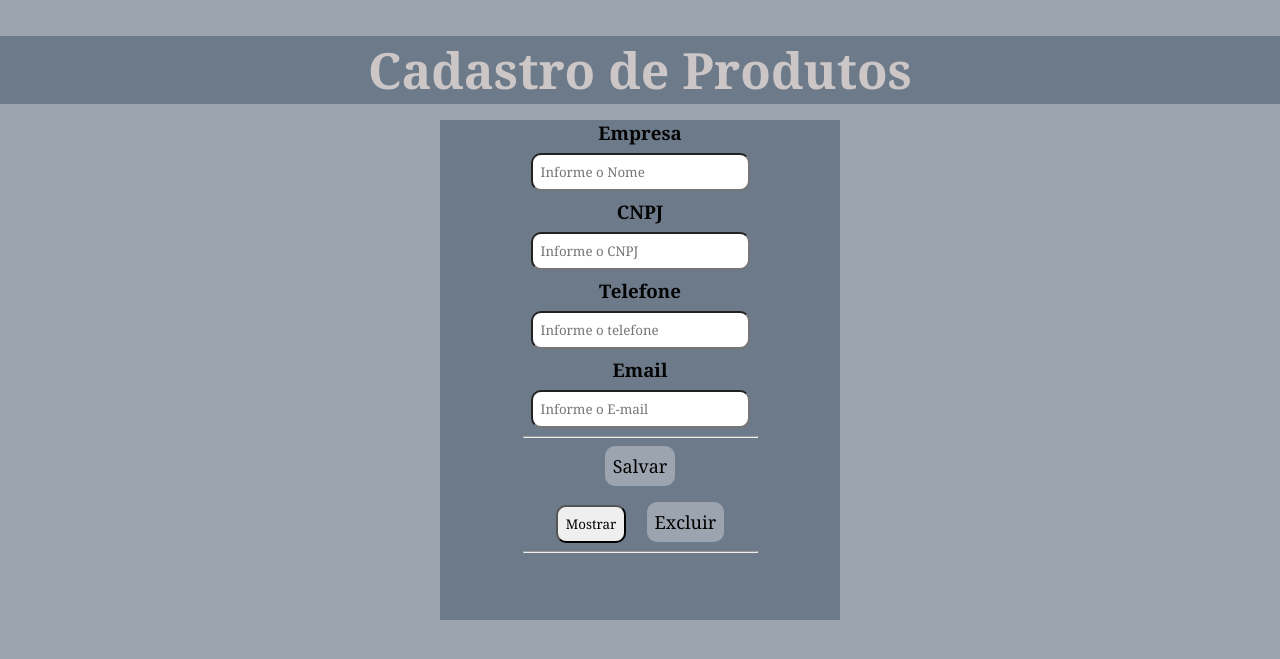
Repository: ArthurKJun/ProjetoCantinaEclipse
Page: http://localhost/arsan/cadastroFornecedor.jsp
An editor plug-in stored every save of this project. The page is shown before and after the next save, followed by the edit.
The browser window is 1280 px wide. The pictures show the whole page.
The page is served by Tomcat 9. Other server files are loaded and not shown.

Above is the page before, as saved 2023-11-03 03:54:26.
Console error: SyntaxError: Function statements require a function name

### arsan/src/main/webapp/cadastroFornecedor.jsp
<%@ page language="java" contentType="text/html; charset=ISO-8859-1"
	pageEncoding="ISO-8859-1"%>
<!DOCTYPE html>
<html>
<head>

<meta charset="ISO-8859-1">

<link rel="stylesheet" href="./Estilos/style.css">

<title>Cadastro de Fornecedor</title>

</head>
<body>
	<div class="container-geral-4">

		<h1>Cadastro de Produtos</h1>

		<div class="container-porta-cards-cad-fornecedor">

			<div class="inputs-cadastro-for">

				<form action="gravarFornecedor.jsp?editar=no" method="POST">

					<h3>Empresa</h3>
					<input type="text" id="nome" name="nome"
						placeholder="Informe o Nome">
					<h3>CNPJ</h3>
					<input type="text" id="cnpj" name="cnpj"
						placeholder="Informe o CNPJ">
					<h3>Telefone</h3>
					<input type="text" id="fone" name="fone"
						placeholder="Informe o telefone">
					<h3>Email</h3>
					<input type="text" id="email" name="email"
						placeholder="Informe o E-mail">
					<hr>
					<button onclick="Validar()">Salvar</button>

				</form>

				<input type="button" onclick="document.location.href='<%="showFornecedor.jsp"%>'" value="Mostrar">
				<button onclick="Excluir()">Excluir</button>
				<hr>
				<div id="Ver" style="display: flex;"></div>

			</div>

		</div>

	</div>

	<script>

    function validar(){
    	event.preventDefault();

    	let nome = document.getElementById('nome')
    	if(nome.value == ''){
    		alert('Informe nome')
    		nome.focus()
    		return
    	}

    	let cnpj = document.getElementById('cnpj')
    	if(cnpj.value == ''){
    		alert('Informe cnpj')
    		cnpj.focus()
    		return
    	}

    	let  fone = document.getElementById('fone')
    	if(fone.value == ''){
    		alert('Informe fone')
    		fone.focus()
    		return
    	}

    	let  email = document.getElementById('email')
    	if(email.value == ''){
    		alert('Informe email')
    		email.focus()
    		return
    	}

    	document.getElementsByTagName('form')[0].submit()
    }

    function(){
    	location.href = showFornecedor.jsp;
    }
    </script>
</body>
</html>

### arsan/src/main/webapp/Estilos/style.css
*{
    margin: 0;
    padding: 0;
    box-sizing: border-box;
    font-family: Georgia;

}

body{
    display: flex;
    flex-wrap: wrap;
}

.container-geral{

    width: 100vw;
    height: 100vh;
    background: #6c7a89;
    display: flex;
    flex-direction: row;
    justify-content: center;
    align-items: center;

}
.logo-container{

    display: flex;
    position: absolute;
    top: 40%;
    flex-direction: column;
}

.logo-container img{
    padding: 1rem;
    border-radius: 50%;
    height: 400px;
}

#form-container{
    display: flex;
    position: absolute;
    flex-direction: column;
    flex-wrap: wrap;
    top: 5%;
}

#register-form{

    border: 2px solid white;
    padding: .7rem;
    align-items: center;
    display: flex;
    flex-direction: column;
    font-size: larger;
}

#register-form h3{
    margin-bottom: 20px;
}

#register-form input{

    padding: 0.8rem 0.6rem;
    border: none;
    border-radius: 5px;
    margin-bottom: 10px;
}

#register-form input[type="submit"]{
    background-color: transparent;
    color: #fff;
    border: 2px solid #fff;
    font-size: 1.1rem;
    font-weight: bold;
    cursor: pointer;
    transition: .4s;
}

#register-form input[type="submit"]:hover{
    background-color: #fff;
    color: black;
}

/*---------------------------------------------------------*/
/* tela de entrada */

h1{
    background-color: #6c7a89;
    width: 100%;
    text-align: center;
    font-size: 50px;
    color: rgb(204, 198, 198);
}

.container-porta-cards{

    background-color: #475061;
    display: flex;
    width: 535px;
    height: 550px;
    border: 2px solid white;
    flex-wrap: wrap;
    align-items: center;
    padding: 1rem;
    margin-top: 2rem;

}

.card{

    background-color: #9ca5af;
    display: flex;
    padding: .5rem;
    margin: .5rem;
    width: 150px;
    height: 150px;
    border: 2px solid white;
    flex-direction: column;
    text-align: center;
    align-items: center;
    transition: .4s;

}

.container-porta-cards-2 :active{
    background-color: aqua;
}



.container-porta-cards :hover{

    background-color: #6c7a89;
    cursor: pointer;
}

.card img{

    margin-top: 10px;
    width: 100px;
    height: 100px;
    border-radius: 20%;
    transition: .4s;
}

#venda{

    width: 480px;
    height: 150px;
}

.container-geral-entrada{

    width: 100vw;
    height: calc(100vh + 200px);
    background: #9ca5af;
    display: flex;
    flex-direction: row;
    justify-content: center;


}

/* area de vendas */

.container-porta-cards-2{

    flex: 1.4;
    background-color: #475061;
    border: 2px solid white;
    flex-wrap: wrap;
    align-items: center;
    padding: 1rem;
    display: flex;
}

.container-porta-cards-2 :hover{

    background-color: #6c7a89;
    cursor: pointer;
}

.container-lista-vendas{
    height: 36.9rem;
    margin-right: 2rem;
    margin: 1rem;
    flex: 1;
    background-color: #475061;
    border: 2px solid white;
    flex-wrap: wrap;
    position: relative;
    padding: 1rem;
}

.container-geral-3{

    gap: 1rem;
    width: 100vw;
    height: 100vh;
    background: #9ca5af;
    display: flex;
    flex-direction: row;
    justify-content: center;
    align-items: center;

}

table{

    margin-top: 1rem;
    position: absolute;
    margin-left: 2rem;

}
table th {

    padding: .5rem;
    width: 200px;
    background-color: #6c7a89;
    border-radius: 10px;

}

table td{
    text-align: center;
    padding: 0.5rem;
    background-color: #6c7a89;
    border-radius: 10px;
}

.bExcluir{
    background-color: transparent;
}

.excluir{
    background-color: transparent;
    border-radius: 5px;
}

.excluir img{
    width: 1rem;
}

tfoot td{
    font-weight: bold;

}

/* tela cadastro cliente */

.container-geral-4{

    width: 100vw;
    height: 100vh;
    background: #9ca5af;
    flex-direction: column;
    justify-content: center;
    align-items: center;
    display: flex;

}

.inputs-cadastro{


    flex: 1;
    text-align: center;

}

.inputs-cadastro input{

    padding: 0.5rem;
    margin: 0.5rem;
    border-radius: 10px;

}

.inputs-cadastro h3{

    margin-top: 1rem;


}

.inputs-cadastro button{

    padding: 0.5rem;
    margin: 1rem;
    font-size: large;
    background-color: #9ca5af;
    border: none;
    border-radius: 10px;

}

.inputs-cadastro button:hover{

    background-color: #fff;
    color: black;
    cursor: pointer;
}

.inputs-cadastro button{

    padding: 0.5rem;
    margin: 1rem;
    font-size: large;
    background-color: #9ca5af;
    border: none;
    border-radius: 10px;

}

.inputs-cadastro button:hover{

    background-color: #fff;
    color: black;
    cursor: pointer;
}

.container-porta-cards-cad{

    background-color: #6c7a89;
    width: 400px;
    height: 500px;
    color:#040405;
    justify-items: center;
    margin-top: 2rem;

}

.cliente{

    background-color: #9ca5af;
    margin: 1rem;
    border-radius: 5px;

}

a{
    text-decoration: none;
    color: #040405;
}

.container-geral-4 h1{

    margin-top: -4rem;

}

.produto{

    background-color: #9ca5af;
    margin: 1rem;
    border-radius: 5px;
}

.container-porta-cards-cad-fornecedor{

    background-color: #6c7a89;
    width: 400px;
    height: 500px;
    color:#040405;
    justify-items: center;
    margin-top: 1rem;
}

.inputs-cadastro-for{

    flex: 1;
    text-align: center;

}

.inputs-cadastro-for input{

    padding: 0.5rem;
    margin: 0.5rem;
    border-radius: 10px;
}

.inputs-cadastro-for button{

    padding: 0.5rem;
    margin: .5rem;
    font-size: large;
    background-color: #9ca5af;
    border: none;
    border-radius: 10px;

}

.inputs-cadastro-for button:hover{

    background-color: #fff;
    color: black;
    cursor: pointer;
}

.fornecedor{
    background-color: #9ca5af;
    margin: 1rem;
    border-radius: 5px;
}

After the next save:
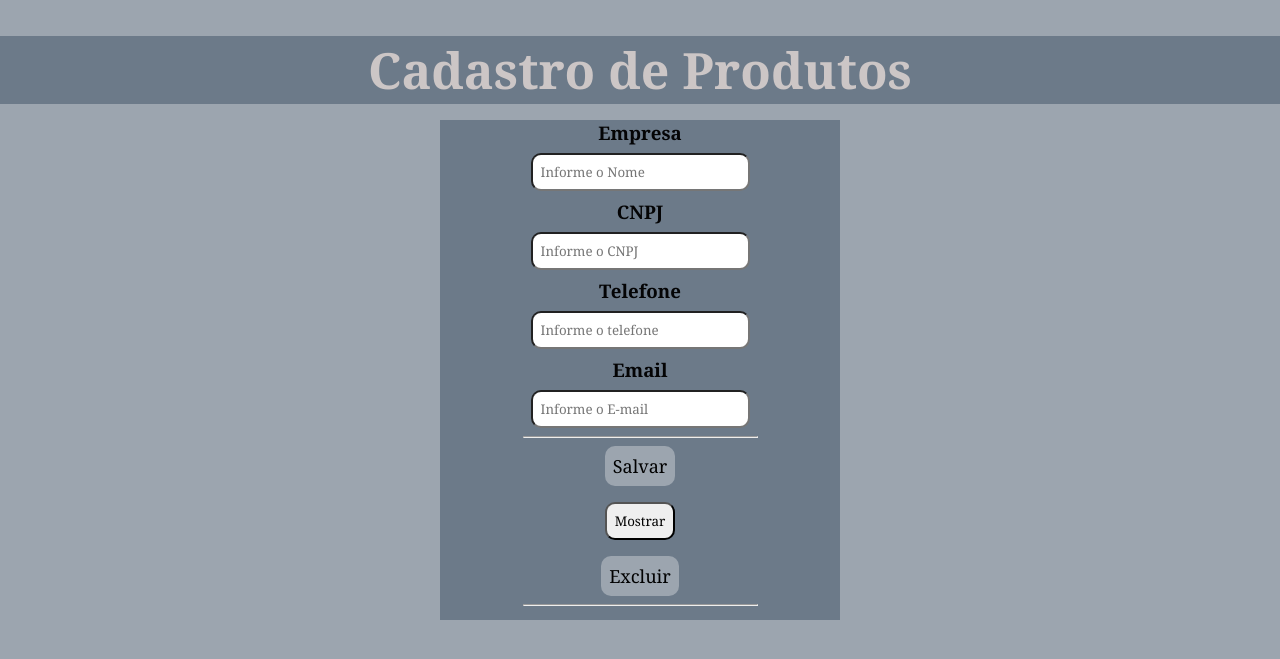
Saved 71 s later.
--- a/arsan/src/main/webapp/cadastroFornecedor.jsp
+++ b/arsan/src/main/webapp/cadastroFornecedor.jsp
@@ -38,8 +38,9 @@
 					<button onclick="Validar()">Salvar</button>
 
 				</form>
-
+				<div class="inputButton">
 				<input type="button" onclick="document.location.href='<%="showFornecedor.jsp"%>'" value="Mostrar">
+				</div>
 				<button onclick="Excluir()">Excluir</button>
 				<hr>
 				<div id="Ver" style="display: flex;"></div>
